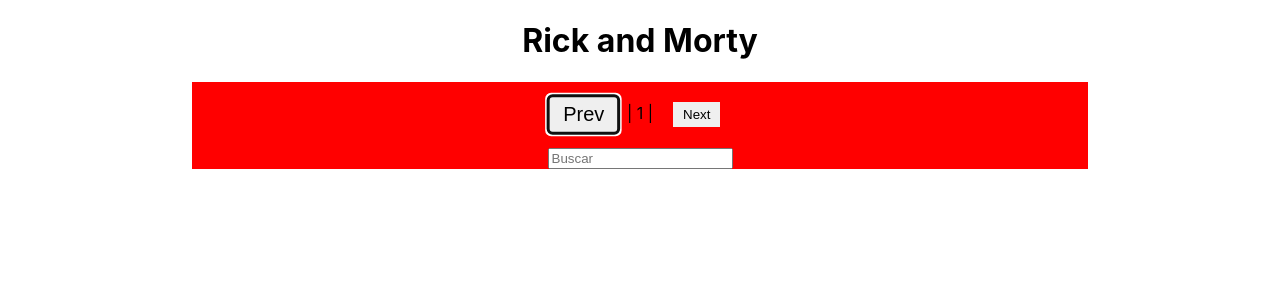
Repository: DanielVegaf/rick-and-morty-api
Page: /
The author's editor kept a copy of each file at every save. The page is drawn from the files as they stood at one save, then again after the next save.
The browser window is 1280 px wide. The pictures show the whole page.
The first visible `.buttons button` has the focus.
The page's requests for data from a server got no answer. The project was rebuilt for these pictures with package versions that can differ from the ones it lists, and the page was loaded fresh each time. No one was signed in, and anything a server would have sent is missing. Also part of the build but not shown: vite.config.js.

Above is the page before, as saved 2022-07-08 19:35:39.

### src/App.jsx
import { useState, useEffect, useRef } from 'react'
import './App.css'
import { getAllCharacters, searchCharacter } from './services/api'

function App() {

  const inputSearch = useRef(null);
  const [character, setCharacter] = useState([])
  const [page, setPage] = useState(1)
  const [search, setSearch] = useState("")

  useEffect(() => {
    getAllCharacters(page)
      .then(setCharacter)
      .catch(console.log)
  }, [page])

  const onChangePage = (next) => {
    if (!character.previous && page + next <= 0) return;
    if (!character.next && page + next >= 42) return;

    setPage(page + next)
  }

  const onTextSearch = (event) => {
    event.preventDefault();
    const text = inputSearch.current.value;
    setSearch(text);
  }

  const onSearchSubmit = (event) => {
    if (event.key !== 'Enter') return;

    inputSearch.current.value = "";
    searchCharacter(search).then(setCharacter).catch(console.log);
  }

  return (
    <div className="App">
      <h1>Rick and Morty</h1>
      <div className="container">
        <div className="buttons">
          <button onClick={() => onChangePage(-1)}>Prev</button>
          | {page} |
          <button onClick={() => onChangePage(1)}>Next</button>
        </div>

        <input
          ref={inputSearch}
          type="text"
          onChange={onTextSearch}
          onKeyDown={onSearchSubmit}
          placeholder="Buscar"
        />

        {
          character?.results?.map((char, index) => {
            return (
              <div
                className='gallery'
                key={index}
              >
                <img src={char.image} alt="" />
                <p>{char.name}</p>
              </div>
            )
          })
        }
      </div>
    </div>
  )
}

export default App

### src/App.css
.App {
  display: flex;
  flex-direction: column;
  align-items: center;
  text-align: center;
}

.container{
  background-color: red;
  width: 70%;
}

.buttons{
  padding: 20px;
}

.buttons button{
  border: none;
  margin: 0 20px;
  padding: 5px 10px;
  cursor: pointer;
}
.buttons button:focus {
  transform: scale(1.5);
}

### src/services/api.js
const BASE_URL = "https://rickandmortyapi.com/api/character";

export async function getAllCharacters(page = 1){
    try {
        const response = await fetch(`${BASE_URL}/?page=${page}`);
        const data = await response.json();
        console.log(data);
        return data;
    } catch (error) {
        console.log(error);
    }
}

export async function searchCharacter(name){
    try {
        const response = await fetch(`${BASE_URL}/?name=${name}`)
        const data = await response.json();
        console.log(data);
        return data;
    } catch (error) {
        console.log(error);
    }
}

Loaded but not shown: index.html (common file); src/main.jsx (common file); src/index.css (common file)

After the next save:
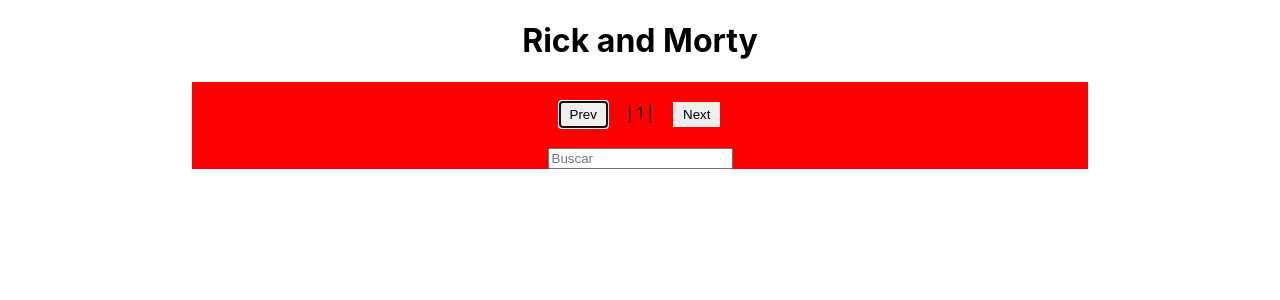
Saved 13 s later.
--- a/src/App.css
+++ b/src/App.css
@@ -21,5 +21,5 @@
   cursor: pointer;
 }
 .buttons button:focus {
-  transform: scale(1.5);
+  transform: scale(1);
 }
